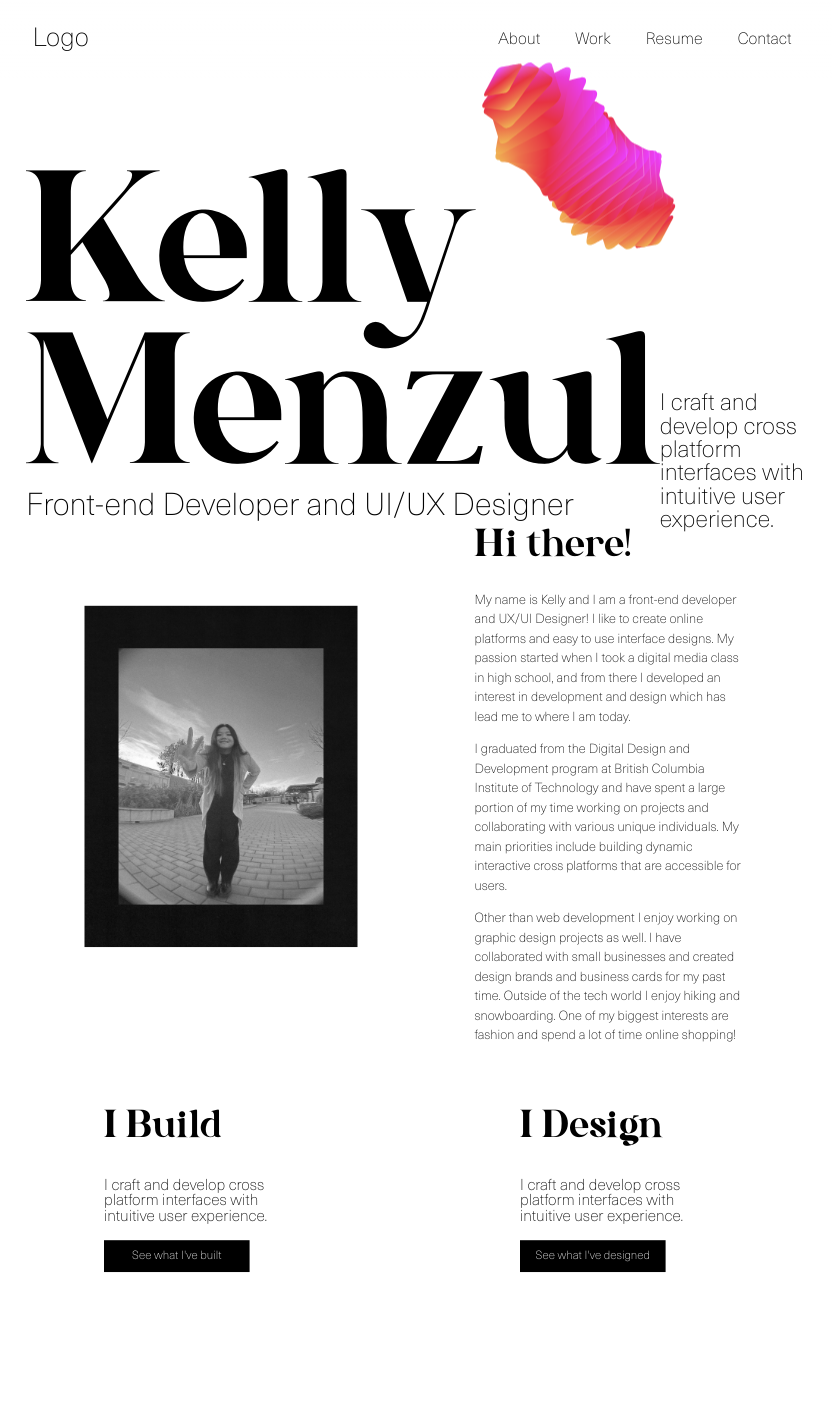
Repository: KellyMenzul/Kelly-Menzul
Page: /
The author's editor kept a copy of each file at every save. The page is drawn from the files as they stood at one save, then again after a run of saves.
The browser window is 1280 px wide. The pictures show the whole page, at 65% of full size.
The project was rebuilt for these pictures with package versions that can differ from the ones it lists, and the page was loaded fresh each time. The framework's server and built-in components were replaced by stand-ins that run in the browser. Also part of the build but not shown: next.config.js.

Above is the page before, as saved 2022-01-20 15:20:29.

### pages/_document.js
import Document from 'next/document';
import { ServerStyleSheet } from 'styled-components';

export default class MyDocument extends Document {
 static async getInitialProps(ctx) {
   const sheet = new ServerStyleSheet();
   const originalRenderPage = ctx.renderPage;

   try {
     ctx.renderPage = () =>
       originalRenderPage({
         enhanceApp: (App) => (props) =>
           sheet.collectStyles(<App {...props} />),
       });

     const initialProps = await Document.getInitialProps(ctx);
     return {
       ...initialProps,
       styles: (
         <>
           {initialProps.styles}
           {sheet.getStyleElement()}
         </>
       ),
     };
   } finally {
     sheet.seal();
   }
 }
}

### pages/index.js
import Image from 'next/image'
import styled from 'styled-components'
import MenuBar from '../comps/MenuBar'
import Name from '../comps/Name'
import Position from '../comps/Position'
import Intro from '../comps/Intro'
import Head from '../comps/Head'
import Work from '../comps/Work'
import { useState, useEffect } from "react";
import Load from '../comps/Load'


const Holder = styled.div`
display:flex;
flex-direction:column;
width:100%;
flex-wrap:wrap;
`
const MenuHolder = styled.div`
display:flex;
flex-direction:column;
width:100%;
position:fixed;
z-index:2;
`
const LandingHolder = styled.div`
display:flex;
position:relative;
width:100%;
height:100vh;
padding:40px;
flex-wrap:wrap;
`
const LandingHolderLeft = styled.div`
display:flex;
width:100%;
flex:2;
flex-direction:column;
justify-content:flex-end;
`

const LandingHolderRight = styled.div`
display:flex;
flex:1;
align-items:flex-end;
justify-content:flex-end;
`

const NameHolder = styled.div``

const IntroHolder = styled.div`
display:flex;
`
// About

const AboutHolder = styled.div`
display:flex;
flex-direction:row;
width:100%;
height:100vh;
padding:40px;
flex-wrap:wrap;
`

const  AboutHolderLeft = styled.div`
flex:1;
display:flex;
flex-direction:column;
justify-content:center;
align-items:center;
`

const  AboutHolderRight = styled.div`
display:flex;
flex-direction:column;
align-items:center;
justify-content:center;
flex:1;
`
const AboutMeHolder = styled.div`
display:flex;
flex-direction:column;
width:70%;
`

// work

const WorkHolder = styled.div `
display:flex;
flex-direction:row;
width:100%;
height:100vh;
flex-wrap:wrap;
`
const  WorkHolderLeft = styled.div`
display:flex;
align-items:center;
justify-content:center;
flex:1;
`

const  WorkHolderRight = styled.div`
flex:1;
display:flex;
align-items:center;
justify-content:center;
`

const LoadHolder = styled.div`
position:absolute;
z-index:-1;
top:-150px;
left:500px;

`
const TextHolder  =styled.div``

const HeroImage = styled.img`
width:70%;
`

export default function Home() {
  // const [setup1, setSetup1] =  useState(false)

  // if (setup1 === false) {
  //   setTimeout(() => {
  //     setSetup1(true)
  //   },5000)

  //   return <LoadHolder>
  //     <Load/>
  //     <TextHolder>Welcome</TextHolder>
  //   </LoadHolder>
  // }

  return (
    <Holder>
      <MenuHolder>
        <MenuBar />
      </MenuHolder>


      <LandingHolder id='landing'>
        <LoadHolder>
          <Load/>
        </LoadHolder>

        <LandingHolderLeft>
          <NameHolder>
            <Name/>
            <Position topmargin='-160px'/>
          </NameHolder>
        </LandingHolderLeft>

        <LandingHolderRight>
          <IntroHolder>
           <Intro/>
          </IntroHolder>
        </LandingHolderRight>
      </LandingHolder>

      <AboutHolder id='about'>
        <AboutHolderLeft>
          <HeroImage src='/me.png'/>
        </AboutHolderLeft>
        <AboutHolderRight>
            <AboutMeHolder>
              <Head text='Hi there!'/>
              <Position fontsize='20px' text='My name is Kelly and I am a front-end developer and UX/UI Designer! I like to create online platforms and easy to use interface designs. My passion started when I took a digital media class in high school, and from there I developed an interest in development and design which has lead me to where I am today.'/>
              <Position fontsize='20px' text='I graduated from the Digital Design and Development program at British Columbia Institute of Technology and have spent a large portion of my time working on projects and collaborating with various unique individuals. My main priorities include building dynamic interactive cross platforms that are accessible for users.'/>
              <Position fontsize='20px' text='Other than web development I enjoy working on graphic design projects as well. I have collaborated with small businesses and created design brands and business cards for my past time. Outside of the tech world I enjoy hiking and snowboarding. One of my biggest interests are fashion and spend a lot of time online shopping!'/>
            </AboutMeHolder>
        </AboutHolderRight>
      </AboutHolder>

      <WorkHolder id='work'>
        <WorkHolderLeft>
          <Work routeTo='/development' buttontext="See what I've built" text='I craft and develop cross platform interfaces with intuitive user experience.' headerhere='I Build'/>
        </WorkHolderLeft>
        <WorkHolderRight>
          <Work routeTo='/design' buttontext="See what I've designed" text='I craft and develop cross platform interfaces with intuitive user experience.' headerhere='I Design'/>
        </WorkHolderRight>
      </WorkHolder>



    </Holder>
  )
}

### styles/globals.css
@font-face {
  font-family: "textbold";
  src: url(../public/fonts/NeueHaasUnica/NeueHaasUnica-Bold.ttf);
  font-display: swap;
}

@font-face {
  font-family: "textlight";
  src: url(../public/fonts/NeueHaasUnica/NeueHaasUnica-ExtraLight.ttf);
  font-display: swap;
}

@font-face {
  font-family: "heading";
  src: url(../public/fonts/GishellaMorely/Gishella\ Morely.ttf);
  font-display: swap;
}

html,
body {
  padding: 0;
  margin: 0;
  font-family: "textlight";
  scroll-behavior: smooth;
}


a {
  color: inherit;
  text-decoration: none;
}

* {
  box-sizing: border-box;
}

### comps/MenuBar/index.js
import styled from "styled-components";
import React from "react";
import Link from "next/link";

const Holder = styled.div `
display:flex;
align-items:center;
justify-content:center;
width:100%;
background: rgb(255,255,255);
background: linear-gradient(180deg, rgba(255,255,255,1) 0%, rgba(148,187,233,0) 100%);
`
const LogoHolder = styled.div `
margin-left:50px;
`

const Left = styled.div`
flex:1;
`

const Right = styled.div`
flex:1;
display:flex;
justify-content:flex-end;
`

const MenuButtonHolder = styled.div`
display:flex;
flex-firection:row;
width:100%;
justify-content:flex-end;
gap:30px;
margin-right:50px;
`

const MenuButton = styled.button`
border-style:none;
background-color:${props=>props.bgcolor};
font-family:"textlight";
font-size:25px;
color:black;
padding:12px;

&:hover {
    text-decoration:underline;
}
`

const Logo = styled.p`
font-size:40px;
`


const MenuBar = ({
    onButtonPress=()=>{},
    bgcolor="transparent",
}) => {

    return <Holder>
        <Left>
            <Link href="#landing">
            <LogoHolder>
                <Logo>Logo</Logo>
            </LogoHolder>
            </Link>
        </Left>
        <Right>
            <MenuButtonHolder>
                <Link href="#about">
                    <MenuButton bgcolor={bgcolor} onClick={()=>{onButtonPress()}}>About</MenuButton>
                </Link>

                <Link href="#work">
                <MenuButton bgcolor={bgcolor}>Work</MenuButton>
                </Link>

                <MenuButton bgcolor={bgcolor}>Resume</MenuButton>

                <Link href="mailto:kmnzul@gmail.com">
                <MenuButton bgcolor={bgcolor}>Contact</MenuButton>
                </Link>

            </MenuButtonHolder>
        </Right>
    </Holder>
}

export default MenuBar;

### comps/Name/index.js
import styled from "styled-components";
import React from "react";
import { style } from "@mui/system";

const TextHolder = styled.div `
dispay:flex;
flex-wrap:wrap;
width:100%;

`

const Text = styled.h1`
font-family:"heading";
font-size:288px;
font-weight:400;
line-height:250px;
`

const Name = ({}) => {
    return <TextHolder>
        <Text>Kelly Menzul</Text>
        </TextHolder>

}

export default Name;

### comps/Position/index.js
import styled from "styled-components";
import React from "react";

const TextHolder = styled.div`
dispay:flex;
flex-wrap:wrap;
width:100%;
`

const Text = styled.p`
font-family:"textlight";
font-size:${props=>props.fontsize};
font-weight:400;
margin-top:${props=>props.topmargin};
line-height:30px;
`
// margin-top:-160px;
const Position = ({
    text = "Front-end Developer and UI/UX Designer",
    fontsize = "48px",
    topmargin = "0px"
}) => {
    return <TextHolder>
    <Text topmargin={topmargin} fontsize={fontsize}>{text}</Text>
    </TextHolder>
}

export default Position;

### comps/Intro/index.js
import styled from "styled-components";
import React from "react";

const TextHolder = styled.div `
dispay:flex;
flex-wrap:wrap;
width:100%;

`

const Text = styled.h1`
font-family:"textlight";
font-weight:400;
font-size:36px;
`

const Intro = ({}) => {
    return <TextHolder>
        <Text>I craft and develop cross platform interfaces with intuitive user experience.</Text>
        </TextHolder>

}

export default Intro;

### comps/Head/index.js
import styled from "styled-components";
import React from "react";

const TextHolder = styled.div `
dispay:flex;
flex-wrap:wrap;
width:100%;

`

const Text = styled.h1`
font-family:"heading";
font-size:${props=>props.headsize};
font-weight:400;
`

const Head = ({
    headsize="60px",
    text="Heading"
}) => {
    return <TextHolder>
        <Text headsize={headsize}>{text}</Text>
        </TextHolder>

}

export default Head;

### comps/Work/index.js
import styled from "styled-components";
import React from "react";
import Head from "../Head";
import Position from "../Position";
import router, {useRouter} from 'next/router';

const Holder = styled.div `
display:flex;
flex-direction:column;
width:50%;
`

const Header = styled.h2 `
font-family:"heading";
font-size:${props=>props.headsize};
font-weight:400;
`

const Text = styled.p `
font-family:"textlight";
font-size:${props=>props.fontsize};
font-weight:400;
margin-top:${props=>props.topmargin};
`

const Button = styled.button `
border-style:none;
font-family:"textlight";
color:white;
background-color:black;
font-size:18px;
padding:15px;
width:70%;
transition:1s;

&: hover {
    background-color:#FF312E;
}


`

// margin-top:-160px;
const Work = ({
    headsize="60px",
    text = "text",
    fontsize = "24px",
    topmargin = "0px",
    headerhere='header',
    buttontext =  "buttontext",
    routeTo = '/.'

}) => {
    return <Holder>
        <Header headsize={headsize}>{headerhere}</Header>
        <Text topmargin={topmargin} fontsize={fontsize}>{text}</Text>
        <Button onClick={()=>router.push(routeTo)}>{buttontext}</Button>

    </Holder>
}

export default Work;

### comps/Load/index.js
import styled from 'styled-components';
import React, {useEffect, useRef, useState} from 'react';
import lottie from 'lottie-web';


const Container = styled.div`
    width:100%;
`

// const Buttons = styled.button``
var anim = null;


const Load = ({}) => {
    const container = useRef(null)

    useEffect(() => {
        anim = lottie.loadAnimation({
            container: container.current,
            renderer: 'svg',
            loop: true,
            autoplay:true,
            animationData: require('../../public/load.json')

        })
        lottie.setSpeed(0.1);
    }, [])

    return <Container>
        <div className="container" ref={container}></div>
    </Container>
}

export default Load;

Loaded but not shown: pages/_app.js (common file); public/load.json (1 lines, source omitted)

After the next 2 saves:
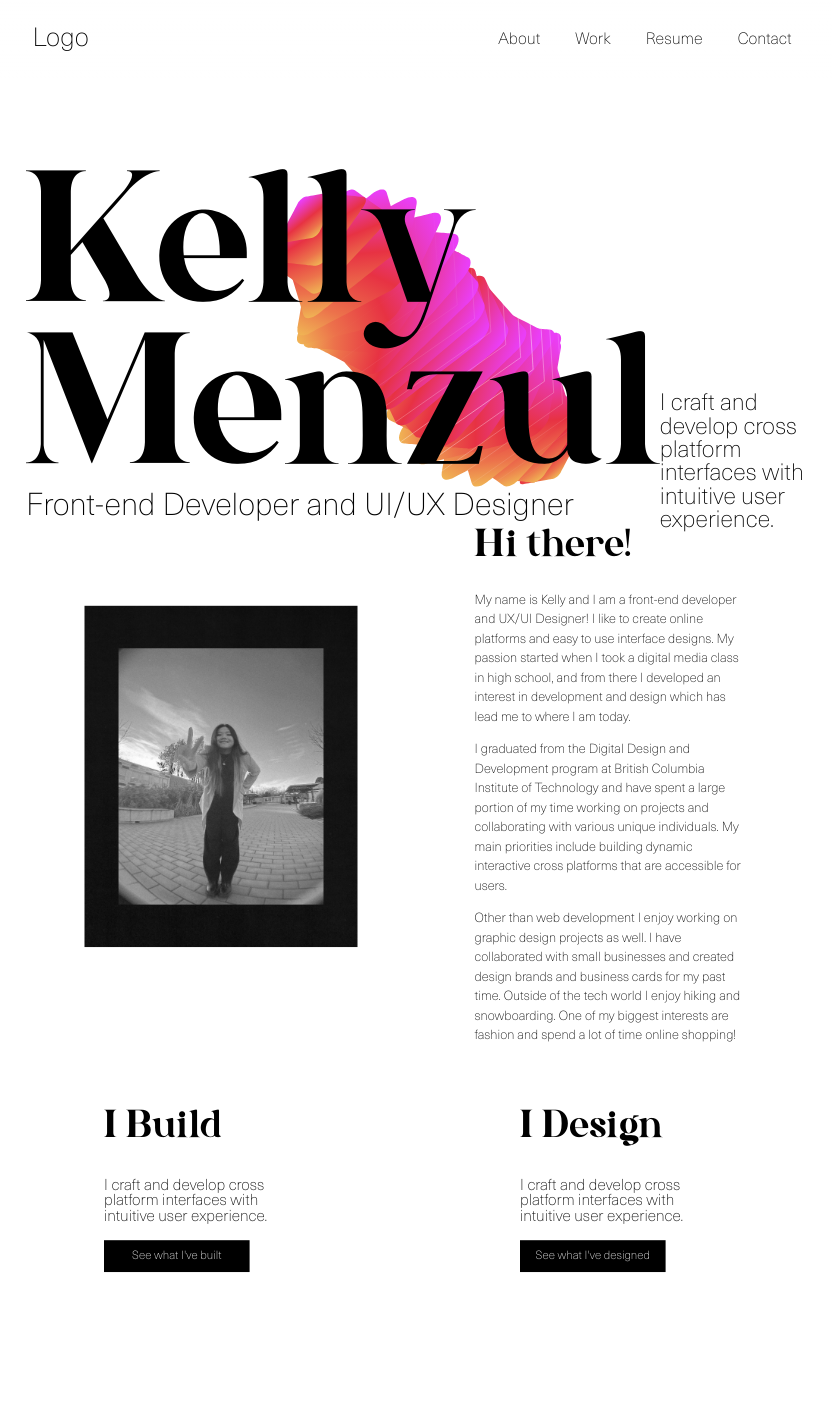
The 2 saves are shown as one change because they came seconds apart.
The last was saved 9 s later.
--- a/pages/index.js
+++ b/pages/index.js
@@ -109,8 +109,7 @@ justify-content:center;
 const LoadHolder = styled.div`
 position:absolute;
 z-index:-1;
-top:-150px;
-left:500px;
+top:-100px;
 
 `
 const TextHolder  =styled.div``
